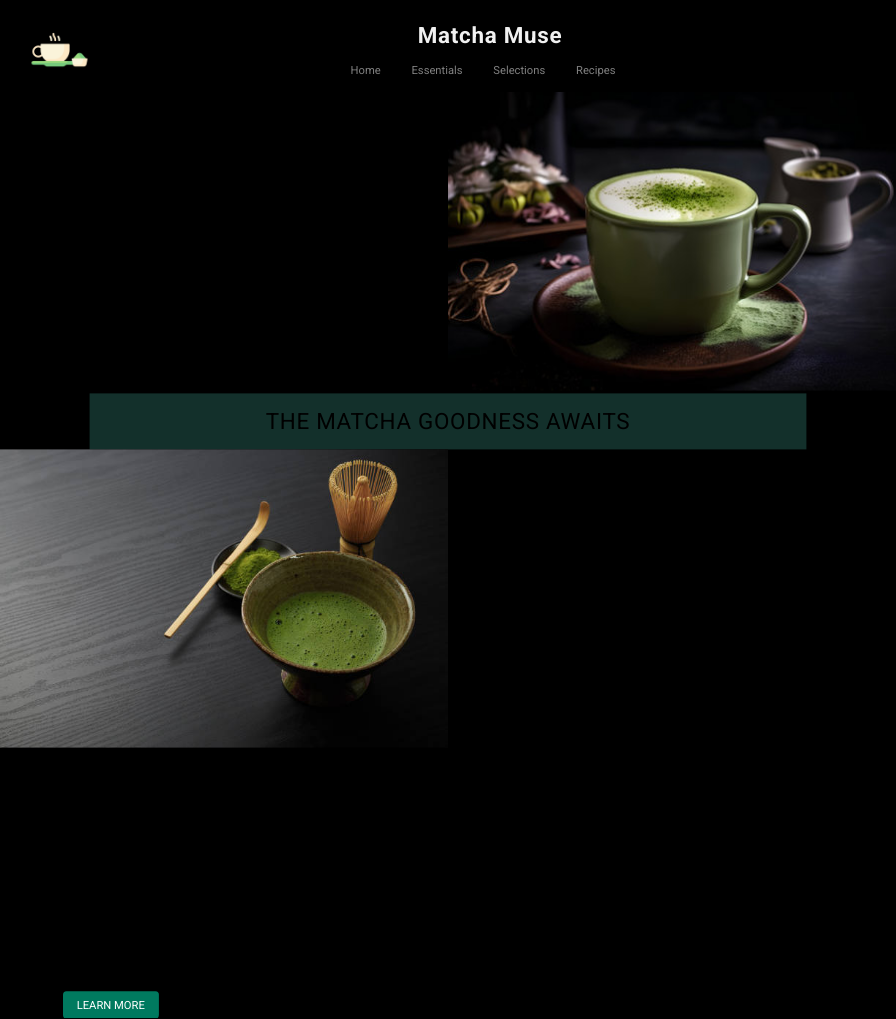
Repository: ericazz17/matchawebsite
Page: main.html
These files come from the project's save history. The page is drawn as it stood at one moment and after the next save; the edit follows.
The browser window is 1280 px wide. The pictures show the whole page, at 70% of full size.

Above is the page before, as saved 2023-09-20 04:10:51.

### main.html
<!DOCTYPE html>
<html>
<head>
    <title>Matcha Muse</title>
    <link rel="stylesheet" type="text/css" href="main.css">
    <link rel="preconnect" href="https://fonts.googleapis.com">
    <link rel="preconnect" href="https://fonts.gstatic.com" crossorigin>
    <link href="https://fonts.googleapis.com/css2?family=Roboto:wght@400;700&display=swap" rel="stylesheet">
</head>

<body>
    <header class="header">

        <div class="header-container">
            <div id="icon-container">
                <img class="header-icon" src="images/header-icon.png">
            </div>
            <div id="header-name">
                <h1>Matcha Muse</h1>
            </div>
        </div>

        <nav class="topbar">
            <div class="topbardiv">
                <a class="button" href="#home">Home</a>
                <a class="button" href="#essentials">Essentials</a>
                <a class="button" href="#selections">Selections</a>
                <a class="button" href="#recipes">Recipes</a>
            </div>
        </nav>
    </header>

    <div class="center-body">
        <div class="center-text">
            <h2>Welcome to the World of Matcha!</h2>
            <h3>Experience the enchanting world of matcha tea like never before. Discover the rich history, exquisite flavors, and countless health benefits of this green elixir.</h3>
        </div>

        <div class="center-img">
            <img id="matcha-image" src="images/matcha-body.jpeg">
        </div>
    </div>

    <div class="separation-bar">
        <h2 id="separation-text">The Matcha Goodness Awaits</h2>
    </div>


        <div class="bottom-first">
            <div class="bottom-first-img">
                <img id="bf1-img" src="images/matcha-powder.jpeg">
            </div>
            <div class="bottom-first-text">
                <h2 id="bottom-first-h2">A Matcha Lesson</h2>
                <h3 id="bottom-first-h3">Matcha is a vibrant green tea known for its finely ground powder form and unique preparation method. It's prized for its rich cultural history, impressive health benefits, and the calming ritual it offers.</h3>
            </div>
            <div style="clear: both;"></div>
        </div>

        <div class="bottom-second">
            <div class="bottom-second-text">

            </div>

            <div class="bottom-second-img">

            </div>
        </div>

        <div class="bottom-third">
            <div class="bottom-third-text">
                <h2>Benefits of Drinking Matcha</h2>
                    <div class="benefit-lists">
                        <ul class="benefit-list1">
                            <li>Rich in Antioxidants</li>
                            <li>Enhanced Concentration</li>
                            <li>Natural Energy Boost</li>
                            <li>Metabolism Support</li>
                            <li>Enhanced Mood</li>
                            <li>Natural Relaxation</li>
                            <li>Alkalizing Properties</li>
                            <li>Improved Oral Health</li>

                        </ul>

                        <ul class="benefit-list2">
                            <li>Detoxification</li>
                            <li>Improved Skin Health</li>
                            <li>Enhanced Mood</li>
                            <li>Metabolism Support</li>
                            <li>Heart Health</li>
                            <li>Enhanced Endurance</li>
                            <li>Strengthened Immune System</li>
                            <li>Healthy Blood Sugar Levels</li>
                        </ul>
                    </div>

                    <div class="learn-more-container">
                        <a href="https://matcha.com/pages/matcha-health-benefits" target="_blank" class="learn-more-button">LEARN MORE</a>
                    </div>


            </div>



        </div>









</body>
</html>

### main.css
body {
    background-color: black;
    width: 100%;
    margin-left: 0px;
    margin-right: 0px;
    margin-top: 0px;
    padding: 0px;
}

.header {
    position: sticky;
    top: 0;
    background-color: black;
    color: #f1f1f1;
    padding: 10px;
  }

.header-container{
    max-width: 100%;
    width: 100%;
    text-align: center;
    margin-top: 0px;
    padding: 0px;

}

#header-name{
    text-align: center;
}


h1 {
    font-family: 'Roboto', sans-serif;
    font-size:px;
    letter-spacing: 1px;
}

h2 {
    font-family: 'Roboto', sans-serif;
    font-size:3vw;
    letter-spacing: 1px;
}


h3 {
    font-family: sans-serif;
    font-size:1.5vw;
    letter-spacing: 1px;
    font-weight: 300;
}

#icon-container{
    width: 100px;
    float: left;
    vertical-align: top;
    padding-left: 20px;
}
.header-icon{
    display:flex;
    height:80px;
    margin-left: 15px;
    flex:1;
}
.topbar {

    height: 30px;
    text-align: center;
}
.button {
    color: gray;
    font-family: 'Roboto', sans-serif;
    padding: 10px;
    margin-right: 20px;

}

a {
    text-decoration: none;
}

.button:hover {
    color: white;
    border-color: rgb(61, 35, 13);
    border-width: 1px;
    border-style: solid;
    border-radius: 5px;
}

.button:active {
    color: white;
    border-color: rgb(61, 35, 13);
    border-width: 1px;
    border-style: solid;
    border-radius: 5px;
}

.center-body, .bottom-first, .bottom-third {
    width: 100%;
    margin-left: auto;
    margin-right:auto;
}

.center-text{
    display: block;
    width: 30%;
    float: left;
    padding-left: 10%;
    padding-right: 10%;
    font-family: 'Roboto', sans-serif;
    padding-top: 3%;
}

.bottom-first-text {
    display: block;
    width: 30%;
    float: left;
    padding-left: 5%;
    padding-right: 5%;
    font-family: 'Roboto', sans-serif;
    padding-top: 8%;
}

.bottom-third-text {
    display: block;
    width: 40%;
    float: left;
    padding-left: 5%;
    padding-right: 2%;
    font-family: 'Roboto', sans-serif;
    padding-top: 4%;

}

.benefit-lists {
    display: flex;
    justify-content: space;
}

.benefit-list1, .benefit-list2 {
    width: 45%; /* Adjust this value as needed */
  }

.center-img, .bottom-first-img, .bottom-third-img{
    width: 50%;
    float: left;
    background-size: 100% 100%;
}

.center-img img {
    width: 100%;
    height: 100%;
    display:inline-block;
}

.bottom-first-img img {
    width: 100%;
    height: auto;
    display:inline-block;
}

.bottom-third-img img {
    width: 100%;
    height: auto;
    display:inline-block;
}



.separation-bar {
    background-color: rgb(19, 48, 43);
    display: flex;
    align-items: center;
    justify-content: center;
    height: 80px;
    width: 80%;
    margin-left: 10%;
    margin-right:10%;
  }

  #separation-text {
    font-size:2.5vw;
    text-transform: uppercase;
    font-family: 'roboto',Arial, Helvetica, sans-serif;
    font-weight:100;
  }

  .learn-more-button {
    background-color: #007A5F;
    padding: 10px 20px;
    text-decoration: none;
    color: white;
    border: none;
    text-align: center;
    display: inline-block;
    border-radius: 5px;
}

.learn-more-container {
    margin-left: 5%;
}

After the next save:
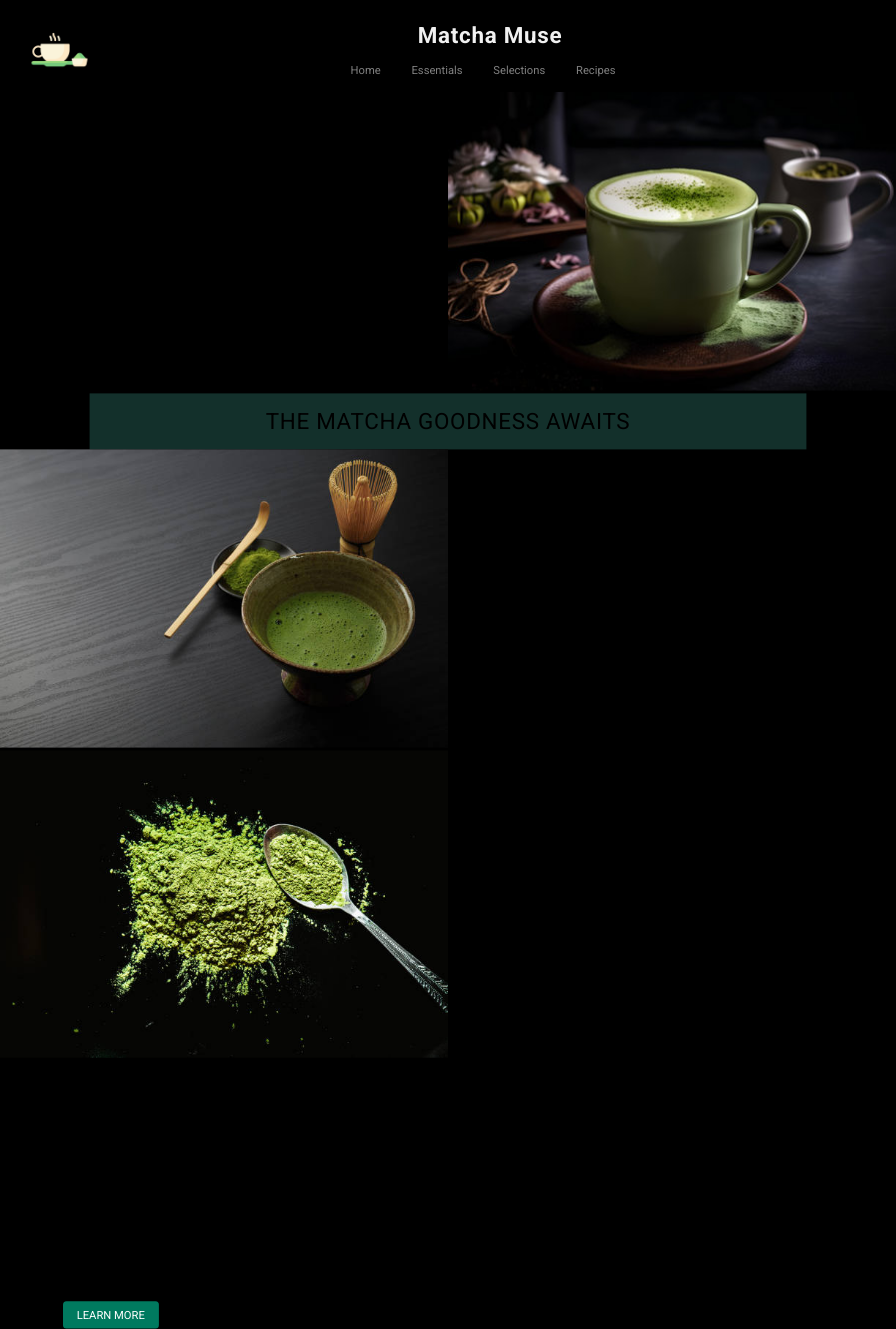
Saved 7 s later.
--- a/main.html
+++ b/main.html
@@ -68,6 +68,12 @@
         </div>
 
         <div class="bottom-third">
+
+            <div class="bottom-third-img">
+                <img id="bf3-img" src="images/dark-powder.jpeg">
+            </div>
+
+            <div style="clear: both;"></div>
             <div class="bottom-third-text">
                 <h2>Benefits of Drinking Matcha</h2>
                     <div class="benefit-lists">
